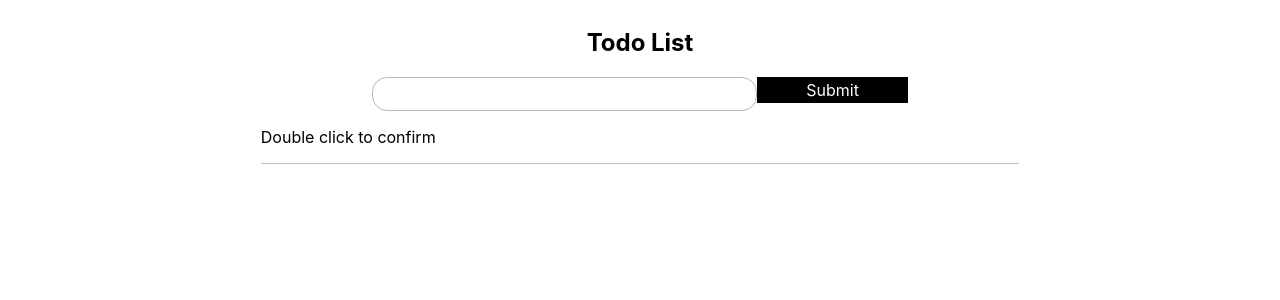
Repository: irenewuu/comp4130_checklist
Page: index.html
An editor plug-in stored every save of this project. The page is shown before and after the next save, followed by the edit.
The browser window is 1280 px wide. The pictures show the whole page.

Above is the page before, as saved 2022-01-12 15:19:54.

After the next save:
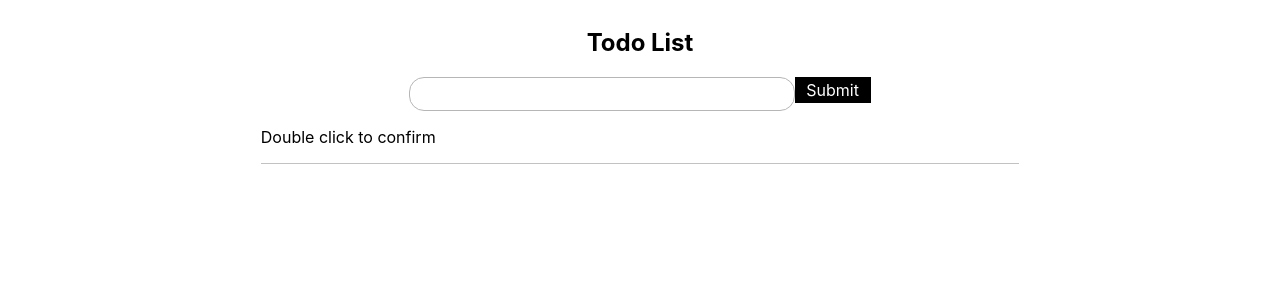
Saved 13 s later.
--- a/style.css
+++ b/style.css
@@ -28,7 +28,7 @@ form > span {
   border: 1px solid rgb(182, 182, 182);
 }
 .btn {
-  width: 20%;
+  width: 10%;
   height: 26px;
 }
 .sortbox {
